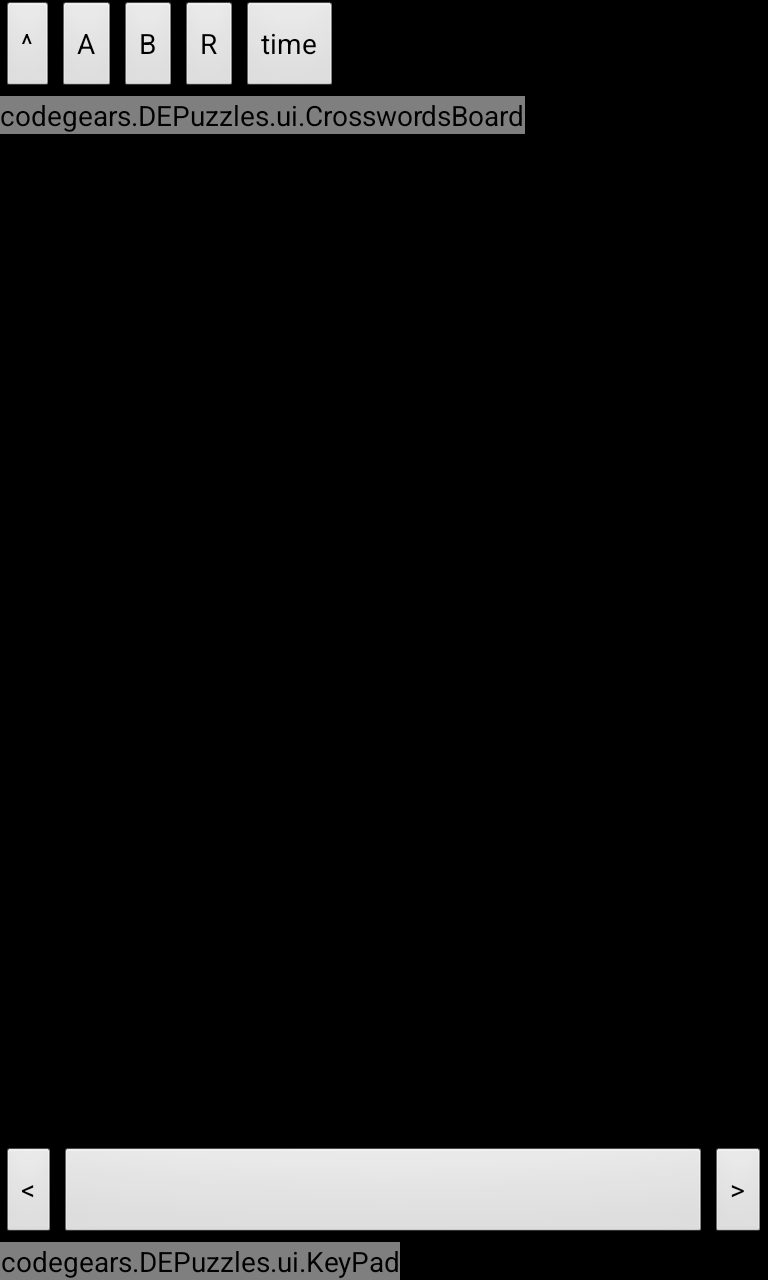
Repository: simplesns/workspace
Layout: eclipse/DEPuzzles/res/layout/crosswords.xml
The author's editor kept a copy of each file at every save. The layout is drawn from the files as they stood at one save, then again after the next save.
Pictures or frames that could not be fetched are drawn as grey boxes. It is drawn on a 768 x 1280 px phone screen (xhdpi) without system bars, with theme android:Theme; the app's code is not run.

Above is the layout before, as saved 2011-01-24 06:37:37.

### eclipse/DEPuzzles/res/layout/crosswords.xml
<?xml version="1.0" encoding="utf-8"?>
<LinearLayout xmlns:android="http://schemas.android.com/apk/res/android"
	android:layout_width="fill_parent" android:layout_height="fill_parent"
	android:orientation="vertical">
	<LinearLayout android:id="@+id/LinearLayout01"
		android:layout_height="wrap_content" android:layout_width="fill_parent">
		<Button android:id="@+id/Button01" android:layout_width="wrap_content"
			android:layout_height="wrap_content" android:text="^"></Button>
		<Button android:id="@+id/Button02" android:layout_width="wrap_content"
			android:layout_height="wrap_content" android:text="A"></Button>
		<Button android:id="@+id/Button03" android:layout_width="wrap_content"
			android:layout_height="wrap_content" android:text="B"></Button>
		<Button android:id="@+id/Button04" android:layout_width="wrap_content"
			android:layout_height="wrap_content" android:text="R"></Button>
		<Button android:id="@+id/Button05" android:layout_width="wrap_content"
			android:layout_height="wrap_content" android:text="time"></Button>
	</LinearLayout>
	<ScrollView android:id="@+id/ScrollView01"
		android:layout_width="wrap_content" android:layout_height="wrap_content"
		android:layout_weight="1">
		<codegears.DEPuzzles.ui.CrosswordsBoard
			android:id="@+id/LinearLayout04" android:layout_width="fill_parent"
			android:layout_height="wrap_content"></codegears.DEPuzzles.ui.CrosswordsBoard>
	</ScrollView>
	<LinearLayout android:id="@+id/LinearLayout02"
		android:layout_height="wrap_content" android:layout_width="fill_parent">
		<Button android:id="@+id/Button06" android:layout_width="wrap_content"
			android:layout_height="wrap_content" android:text="&lt;"></Button>
		<Button android:text="@+id/Button07" android:id="@+id/Button07"
			android:layout_width="wrap_content" android:layout_height="wrap_content"
			android:layout_weight="1"></Button>
		<Button android:id="@+id/Button08" android:layout_width="wrap_content"
			android:layout_height="wrap_content" android:text="&gt;"></Button>

	</LinearLayout>
	<codegears.DEPuzzles.ui.KeyPad
		android:id="@+id/LinearLayout03" android:layout_width="wrap_content"
		android:layout_height="wrap_content"></codegears.DEPuzzles.ui.KeyPad>

</LinearLayout>

After the next save:
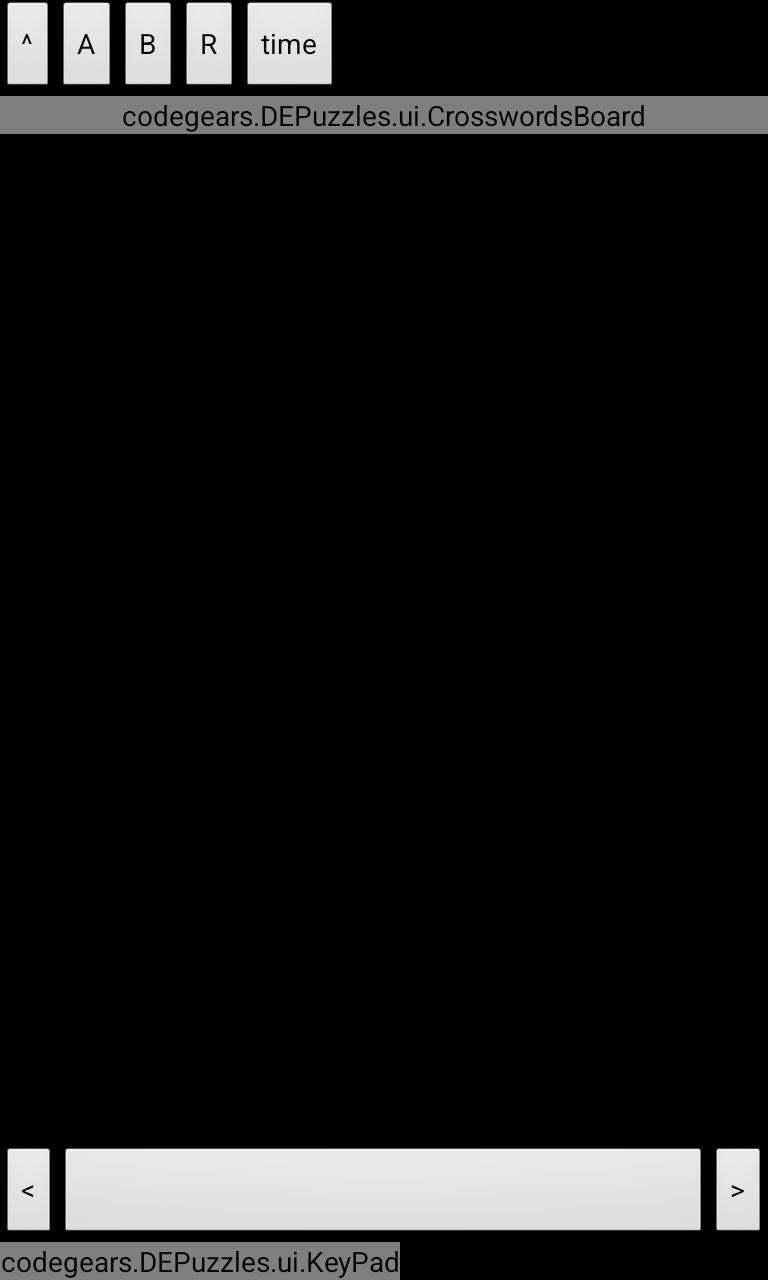
Saved 16 s later.
--- a/eclipse/DEPuzzles/res/layout/crosswords.xml
+++ b/eclipse/DEPuzzles/res/layout/crosswords.xml
@@ -16,7 +16,7 @@
 			android:layout_height="wrap_content" android:text="time"></Button>
 	</LinearLayout>
 	<ScrollView android:id="@+id/ScrollView01"
-		android:layout_width="wrap_content" android:layout_height="wrap_content"
+		android:layout_width="fill_parent" android:layout_height="wrap_content"
 		android:layout_weight="1">
 		<codegears.DEPuzzles.ui.CrosswordsBoard
 			android:id="@+id/LinearLayout04" android:layout_width="fill_parent"
